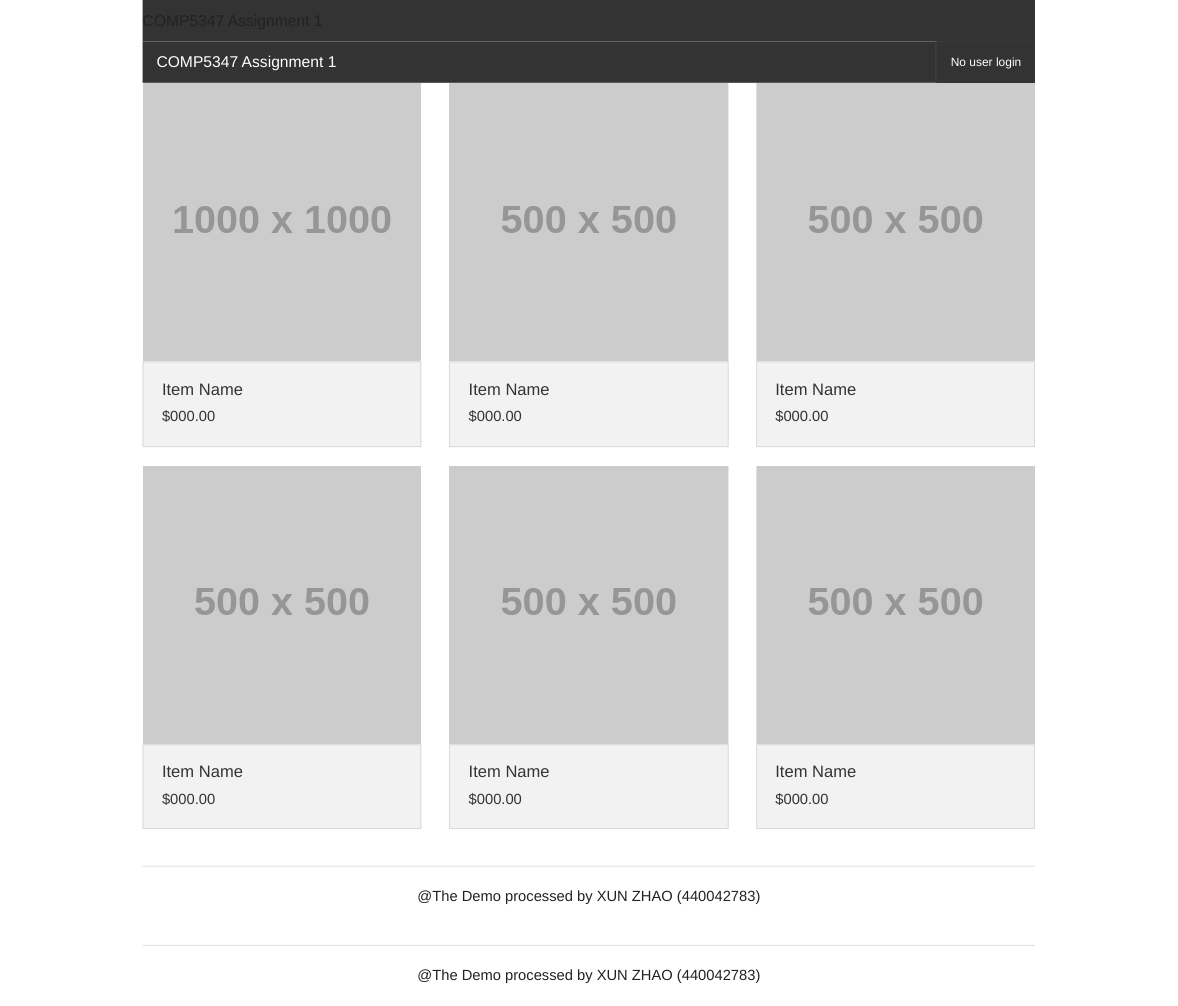
Repository: ShepardZhao/Product_Rating_System
Page: http://localhost/Product_Rating_System/
These files come from the project's save history. The page is drawn as it stood at one moment and after the next save; the edit follows.
The browser window is 1280 px wide. The pictures show the whole page, at 92% of full size.
The page is served by Tomcat 9.

Above is the page before, as saved 2014-03-22 12:42:04.

After the next save:
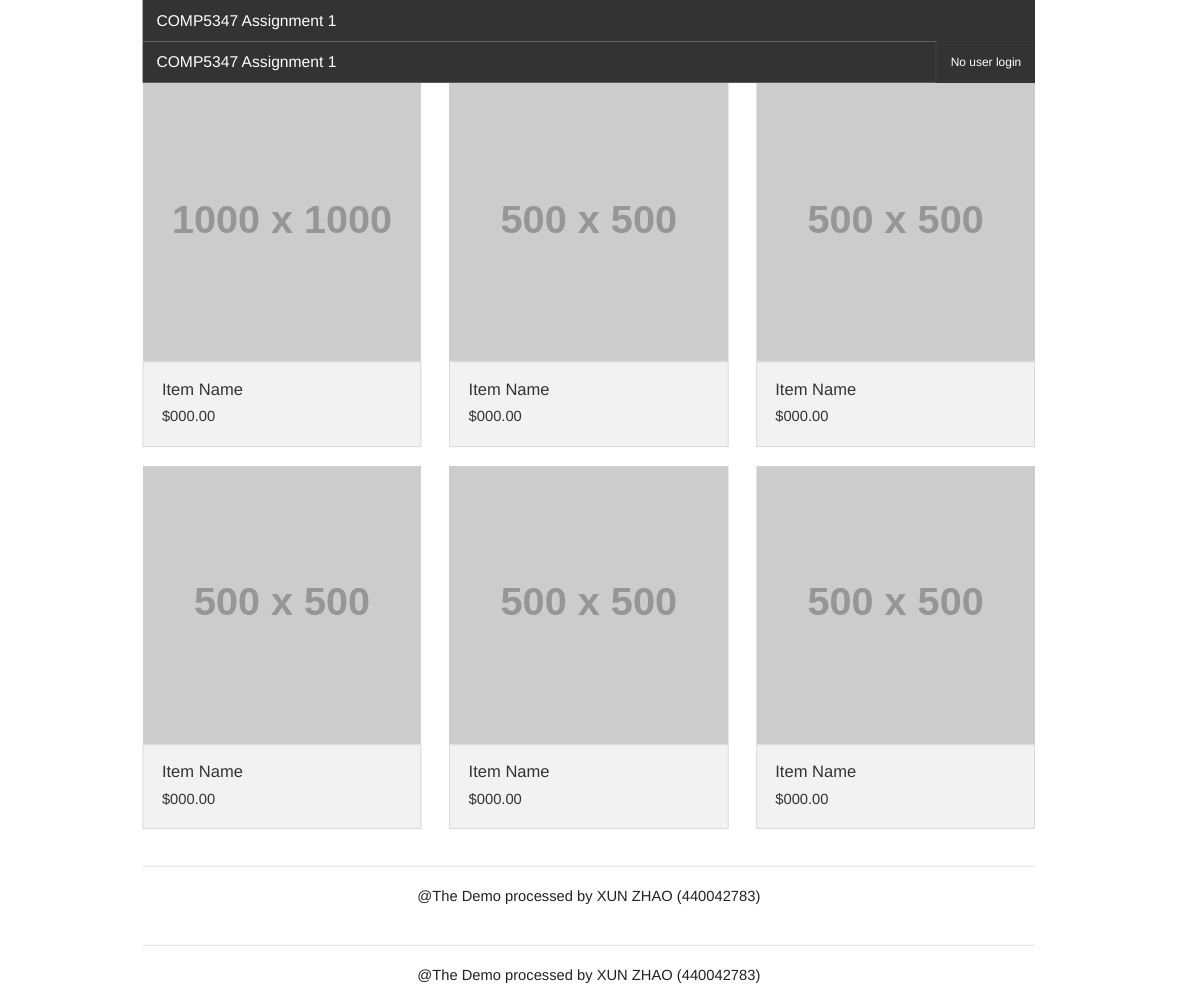
Saved 2 min 12 s later.
--- a/Product_Rating_System/WebContent/header.jsp
+++ b/Product_Rating_System/WebContent/header.jsp
@@ -46,7 +46,7 @@
               <!-- Title Area -->
               <li class="name">
                 <h1>
-                    COMP5347 Assignment 1
+                    <a href="#">COMP5347 Assignment 1</a>
                 </h1>
               </li>
 
